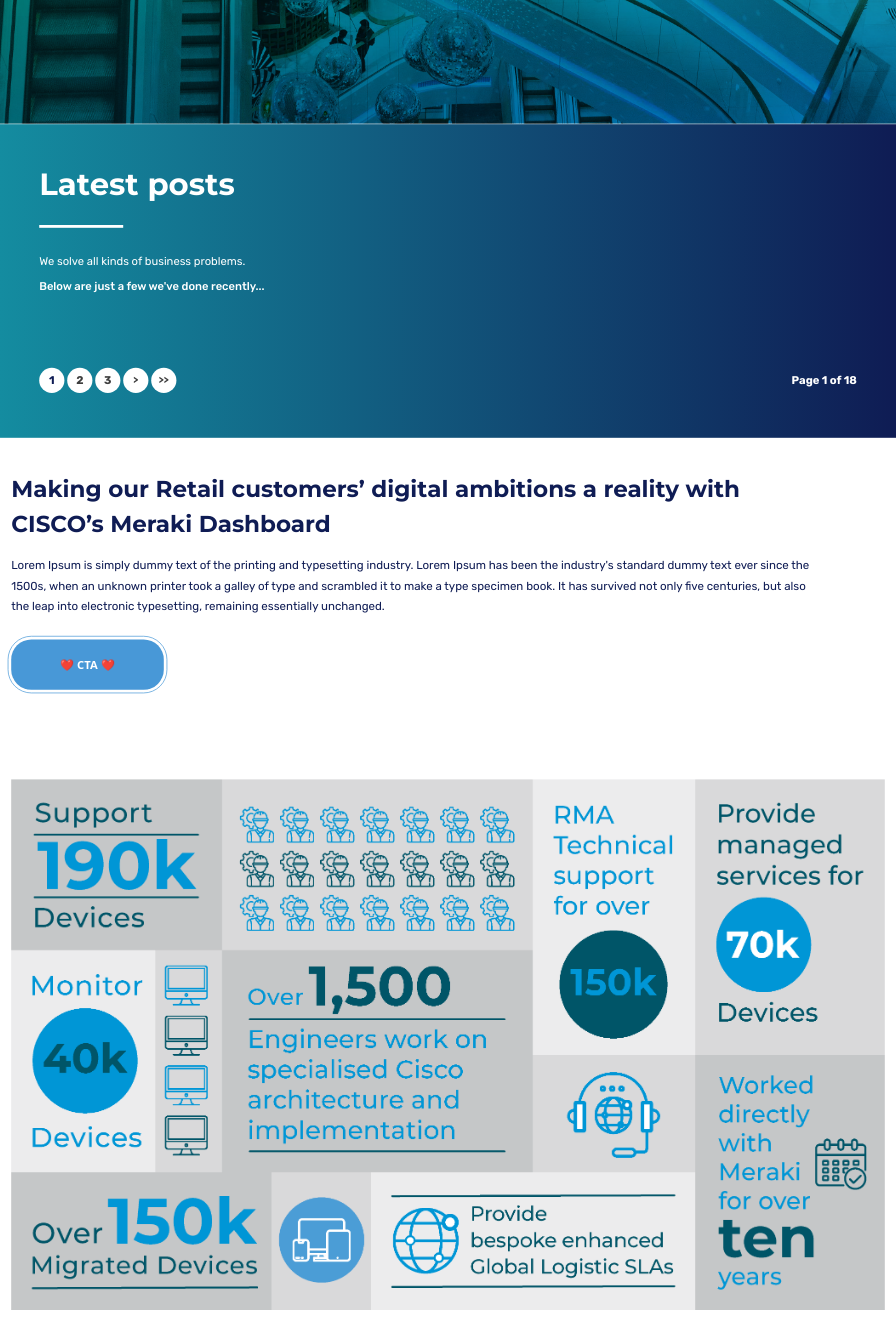
Repository: spaceship9999/ReactIsBack
Page: /
The author's editor kept a copy of each file at every save. The page is drawn from the files as they stood at one save, then again after the next save.
The browser window is 1280 px wide. The pictures show the part of the page from y = 668 to 2588 px (the page is 2588 px tall), at 70% of full size.
The page's requests for data from a server got no answer. The project was rebuilt for these pictures with package versions that can differ from the ones it lists, and the page was loaded fresh each time. The framework's server and built-in components were replaced by stand-ins that run in the browser. No one was signed in, and anything a server would have sent is missing. Also part of the build but not shown: next.config.js.

Above is the page before, as saved 2023-03-26 22:27:35.

### src/app/layout.tsx
import './globals.scss'

export const metadata = {
  title: 'Create Next App',
  description: 'Generated by create next app',
}

export default function RootLayout({
  children,
}: {
  children: React.ReactNode
}) {
  return (
    <html lang="en">
      <body>{children}</body>
    </html>
  )
}

### src/app/page.tsx
'use client'

import Link from "next/link";
import Header from "./Header";
import Award from "./Award";
import Banner from "./Banner";
import Posts from "./Posts";
import SingleColumnTextMedia from "./SingleColumnTextMedia";

export default function Home() {
  return (
    <main>
      <Header></Header>
      <Award/>
      <Banner
        heading="NSC operates in 180 countries across multiple time zones, currencies and languages"
        image="/img/Cisco_Banner.png" content="orem Ipsum is simply dummy text of the printing and typesetting industry. Lorem Ipsum has been the industry's standard dummy text ever since the 1500s, when an unknown printer took a galley of type and scrambled it to make a type specimen book. It has survived not only five centuries, but also the leap into electronic typesetting, remaining essentially unchanged." position={""}/>
      <Posts/>
      <SingleColumnTextMedia heading="Making our Retail customers&#8217; digital ambitions a reality with
        CISCO&#8217;s Meraki Dashboard"
        link={{ link: '/', title: '&#10084; CTA &#10084;'}}
        image="/img/NSC_Cisco_Infographic.png"
        content="Lorem Ipsum is simply dummy text of the printing and typesetting industry. Lorem Ipsum has been the industry's standard dummy text ever since the 1500s, when an unknown printer took a galley of type and scrambled it to make a type specimen book. It has survived not only five centuries, but also the leap into electronic typesetting, remaining essentially unchanged.">
      </SingleColumnTextMedia>
    </main>
  )
}

### src/app/globals.scss
@tailwind base;
@tailwind components;
@tailwind utilities;

@import "./scss/fonts";
@import "./scss/global";
@import "./scss/typography";

### src/app/Header.tsx
import Link from "next/link";

export default function Header() {
    return (
        <div className="container py-5">
            <div className="flex justify-between items-center">
                <Link href="/" >
                    <Logo className="w-[85px] h-[50px]" />
                </Link>
                <nav className="flex gap-7 font-montserrat font-medium text-grey">
                    <Link href="/who-we-are" >
                        Who we are
                    </Link>
                    <Link href="/what-we-do" >
                        What we do
                    </Link>
                    <Link href="/what-we-do" >
                        Service portfolio
                    </Link>
                    <Link href="/what-we-do" >
                        Case studies
                    </Link>
                    <Link href="/what-we-do" >
                        Partners
                    </Link>
                    <Link href="/what-we-do" >
                        Work with us
                    </Link>
                    <Link href="/what-we-do" >
                        Careers
                    </Link>
                    <Link href="/what-we-do" >
                        Contact
                    </Link>
                    <button className="flex items-center gap-x-1">
                        <img src="/img/gb-flag.png" className="w-full"/>
                        English
                    </button>
                    <button>
                        <Search/>
                    </button>
                </nav>
            </div>
        </div>
    )
}


const Logo = (props : { className: string}) => {
    const { className } = props;
    return (
        <svg className={className} xmlns="http://www.w3.org/2000/svg" viewBox="0 0 283.4 156" preserveAspectRatio="xMinYMid meet">
            <path id="nsc_global_logo" d="M67,107.8a10.074,10.074,0,0,1-10,9.9c-5.9.2-11.2-4.5-11.2-9.9V71.6c0-7.4-4.1-11.5-12.4-11.5-6.3,0-12.2.6-12.2,4.2v43.5c0,5.4-4.4,9.9-10.9,9.9-4.9,0-10.3-4.4-10.3-9.9V54.2c0-3.6,1-5.3,3.5-7C8,44,18.6,39.3,34,39.3c21.6,0,33,11.2,33,31.2Zm48.8-37.6L106,68c-6.4-1.4-7.3-3.2-7.3-5,0-3,3.1-4.7,8.6-4.7a31.5,31.5,0,0,1,10.9,2.5,19.538,19.538,0,0,0,7.6,2,8.7,8.7,0,0,0,6.7-3.1,10.468,10.468,0,0,0,2.5-7.6,9.067,9.067,0,0,0-3.5-6.6c-4.9-4-13.9-6.5-23.5-6.5-18,0-29.7,9.6-29.7,24.4,0,11.1,7.4,18.9,21.3,22.5,3.8,1,4.8,1.2,6.8,1.6.9.2,1.9.4,3.5.8,6.2,1.5,7.1,3.5,7.1,5.3,0,4.6-6.5,5.1-9.3,5.1a31.582,31.582,0,0,1-15.9-4.4,12.9,12.9,0,0,0-6.2-2A9.431,9.431,0,0,0,78,96.2c-3,3.9-2.1,10,1.9,13.3,4.6,3.8,13,8.3,27.4,8.3,18.2,0,30.4-10.2,30.4-25.4-.1-11.4-7.2-18.7-21.9-22.2Zm95.9,19.2c-2.2-2.9-6.3-4.2-10-4-4.7.2-7.3,1.7-9,4.9-2.7,4.7-6.5,7.3-12.2,7.3-7.8,0-12.9-4.9-13.7-12.9a95.4,95.4,0,0,1,0-13.1c.8-7.7,5.8-12.1,13.7-12.1a13.278,13.278,0,0,1,11.2,6.1c2.7,3.9,5.7,5.1,8.8,5.2,3.7.2,8-.7,10.6-3.9,1.4-1.7,1.7-4.3,1-7C209.8,51,199,39.2,179.9,39.2c-19,0-33.1,12.1-34.2,29.5a152.151,152.151,0,0,0,0,19.1c1.5,17.5,15.9,30.3,34.2,30.3,19.1,0,29.9-10.6,33-21.3.8-3.3.1-5.7-1.2-7.4Zm60,12.3c0-14.8,11.7-17.8,11.7-23.7s-11.7-8.9-11.7-23.7V15.9A15.939,15.939,0,0,0,255.8,0H231c-6.1,0-11,4-11,10,0,6.3,5.1,10.3,11.1,10.3h14.6a4.739,4.739,0,0,1,4.8,4.8V54.3c0,18.9,9.7,20.5,9.7,23.7s-9.7,4.9-9.7,23.7v29.2a4.739,4.739,0,0,1-4.8,4.8H231.1c-6,0-11.1,3.9-11.1,10.3,0,6,4.9,10,11.1,10h24.8a15.938,15.938,0,0,0,15.9-15.9V101.7Z" fill="#0f1c54"></path>
        </svg>
    )
}

const Search = () => {
    return (
        <svg xmlns="http://www.w3.org/2000/svg" className="w-3 h-3" fill="currentColor" viewBox="0 0 16 16">
            <path d="M11.742 10.344a6.5 6.5 0 1 0-1.397 1.398h-.001c.03.04.062.078.098.115l3.85 3.85a1 1 0 0 0 1.415-1.414l-3.85-3.85a1.007 1.007 0 0 0-.115-.1zM12 6.5a5.5 5.5 0 1 1-11 0 5.5 5.5 0 0 1 11 0z" />
        </svg>
    )
}

### src/app/Award.tsx
export default function Award() {
    return (
        <div className="bg-light-grey py-5">
            <div className="container">
                <img className="w-[125px] shadow-md" src="/img/cisco-partner-o.png"/>
            </div>
        </div>
    )
}

### src/app/Banner.tsx

interface BannerProps {
    heading: string;
    content: string;
    image: string;
    position: string;
}



export default function Banner({heading, content, image, position = "center"}: BannerProps) {
    return (
        <div className="py-20 md:py-24 lg:py-[185px] relative overflow-hidden">
            <img src={image}
             className={`absolute inset-0 w-full h-full object-cover ${position === 'center' ? 'object-center': 'object-start'}`}/>
             <div className="container">
                <div className="flex flex-col items-center relative z-10 text-white md:max-w-[910px] text-center md:text-left">
                    <h2 className="text-white font-montserrat t-36 font-bold mb-6">{heading}</h2>
                    <div className="font-rubik t-24 lg:pr-20">
                        { content }
                    </div>
                </div>
             </div>
        </div>
    )
}

### src/app/Posts.tsx
import usePosts from "./hooks/usePosts";

export default function Posts() {
    const posts = usePosts();
    return (
        <div className="bg-gradient-to-r from-[#148ca0] to-[#0f1c54] py-16">
            <div className="container">
                <div className="lg:px-10">
                    <h2 className="text-white t-48 font-montserrat font-bold pb-4 lg:pb-10 relative leading-none
                                after:absolute after:left-0 after:bottom-0 after:h-[4px] after:w-[120px] after:bg-white">
                        Latest posts
                    </h2>
                    <div className="mt-9 mb-12 font-rubik text-white">
                        <div className="mb-3">
                            We solve all kinds of business problems.
                        </div>
                        <div className="font-medium">
                            Below are just a few we&apos;ve done recently...
                        </div>
                    </div>
                    <div className="grid grid-cols-1 md:grid-cols-2 lg:grid-cols-3 gap-x-9 gap-y-8 xl:gap-x-[72px] xl:gap-y-[60px] ">
                        {
                            posts?.map((post) =>
                            (
                                <div key={post?.id} className="flex flex-col justify-between p-8 bg-white font-rubik">
                                    <div>
                                        <h3 className="t-18 text-dark-blue font-medium pb-4 relative leading-[1.33]
                                        after:absolute after:bottom-0 after:left-0 after:w-[80px] after:h-[2px] after:bg-light-green">{post?.title}</h3>
                                        <div className="pt-4 t-14 leading-[1.2] text-dark-blue mb-6">
                                            {post?.body}
                                        </div>
                                    </div>
                                    <div>
                                        <a className="inline-block bg-light-green text-white t-14 rounded-full px-5 py-[10px] font-semibold tracking-tight" href={`/post/${post?.id}`}>
                                            Read more <span className="font-normal ml-1">&gt;</span>
                                        </a>
                                    </div>
                                </div>
                            )
                            )
                        }
                    </div>
                    <div className="pt-14 flex flex-col lg:flex-row gap-y-4 font-rubik items-center justify-between">
                        <div className="flex gap-1">
                            <button className="rounded-full flex justify-center items-center bg-white text-dark-blue w-9 h-9 font-bold">1</button>
                            <button className="rounded-full flex justify-center items-center bg-white text-grey w-9 h-9 font-bold">2</button>
                            <button className="rounded-full flex justify-center items-center bg-white text-grey w-9 h-9 font-bold">3</button>
                            <button className="rounded-full flex justify-center items-center bg-white text-grey w-9 h-9 font-bold text-sm">&gt;</button>
                            <button className="rounded-full flex justify-center items-center bg-white text-grey w-9 h-9 font-bold text-sm">&gt;&gt;</button>
                        </div>
                        <div className="font-bold text-white">
                            Page 1 of 18
                        </div>
                    </div>

                </div>

            </div>
        </div>
    )
}

### src/app/SingleColumnTextMedia.tsx
interface button {
    link: string,
    title: string
}

interface TextMedia {
    heading: string,
    content: string,
    link: button,
    image: string
}

import { motion } from "framer-motion"

export default function SingleColumnTextMedia({ heading, content, link, image }: TextMedia) {
    return (
        <div className="container">
            <div className="py-12">
                <div className="xl:pr-24 text-dark-blue">
                    <h3 className=" font-montserrat t-36 font-bold mb-5">{heading}</h3>
                    <div className="font-rubik t-20 leading-[1.8] mb-8">{ content }</div>
                    {
                        link && (
                            <motion.a
                                whileHover={{ scale: 1.2, transition: { duration: 1, ease: [0, .6, .18, .98]}}}
                            className="inline-block py-6 px-[70px] text-white bg-light-blue font-bold rounded-[1.8rem]
                            outline outline-1 outline-offset-4 outline-light-blue" href={link?.link}
                            dangerouslySetInnerHTML={{__html: link.title}}/>
                        )
                    }
                </div>
                {
                    image && (
                        <div className="mt-32">
                            <img src={image} className="w-full" />
                        </div>
                    )
                }
            </div>
        </div>

    )
}

### src/app/scss/_fonts.scss
@font-face {
    font-family: 'Rubik';
    font-display: swap;
    font-style: italic;
    src: url(/fonts/Rubik-Italic-VariableFont_wght.ttf) format('truetype'),
}

@font-face {
    font-family: 'Rubik';
    font-display: swap;
    font-style: normal;
    src: url(/fonts/Rubik-VariableFont_wght.ttf) format('truetype'),
}

@font-face {
    font-family: 'Montserrat';
    font-display: swap;
    font-style: normal;
    src: url(/fonts/Montserrat-VariableFont_wght.ttf) format('truetype'),
}

@font-face {
    font-family: 'Montserrat';
    font-display: swap;
    font-style: italic;
    src: url(/fonts/Montserrat-Italic-VariableFont_wght.ttf) format('truetype'),
}

### src/app/scss/_global.scss
.container {
    width: 100%;
    max-width: 1408px;
    padding-left: 1rem;
    padding-right: 1rem;
}

### src/app/scss/_typography.scss
.t-48 {
    font-size: clamp(24px, 3.429vw, 48px);
}
.t-36 {
    font-size: clamp(24px, 2.571vw, 36px);
}

.t-24 {
    font-size: clamp(16px, 1.286vw, 24px);
}
.t-20 {
    font-size: clamp(16px, 1.286vw, 20px);
}
.t-18 {
    font-size: clamp(16px, 1.286vw, 18px);
}

.t-14 {
    font-size: clamp(14px, 1.286vw, 14px);
}

### src/app/hooks/usePosts.tsx
import { useEffect, useState } from "react";

interface Post {
    userId: number,
    id: number,
    title: string,
    body: string,
}


export default function usePosts(currentPage = 0, numPosts = 6) {
    const [ posts, setPosts ] = useState<Post[]>([]);
    useEffect(() => {
        async function fetchData() {
            const rsult = await fetch("https://jsonplaceholder.typicode.com/posts/")
            const posts = await rsult.json()
            setPosts(posts)
        }
        fetchData();
    }, [])

    //console.log(posts.slice(currentPage * numPosts, numPosts))
    return posts.slice(currentPage * numPosts, numPosts);
}

### tailwind.config.js
/** @type {import('tailwindcss').Config} */
/** @type {import('tailwindcss').Config} */
module.exports = {
  content: [
    "./app/**/*.{js,ts,jsx,tsx}",
    "./pages/**/*.{js,ts,jsx,tsx}",
    "./components/**/*.{js,ts,jsx,tsx}",

    // Or if using `src` directory:
    "./src/**/*.{js,ts,jsx,tsx}",
  ],
  theme: {
    extend: {
      fontFamily: {
        "montserrat": ["Montserrat", 'sans-serif'],
        "rubik": ["Rubik", 'sans-serif'],
      },
      container: {
        center: true,
      },
      colors: {
        "grey": "#3d3d3d",
        "light-grey": "#ECECEE",
        "dark-blue": "#0f1c54",
        "light-green": "#148ba0",
        "light-blue": "#4898d7",
      }
    },
  },
  plugins: [],
}

After the next save:
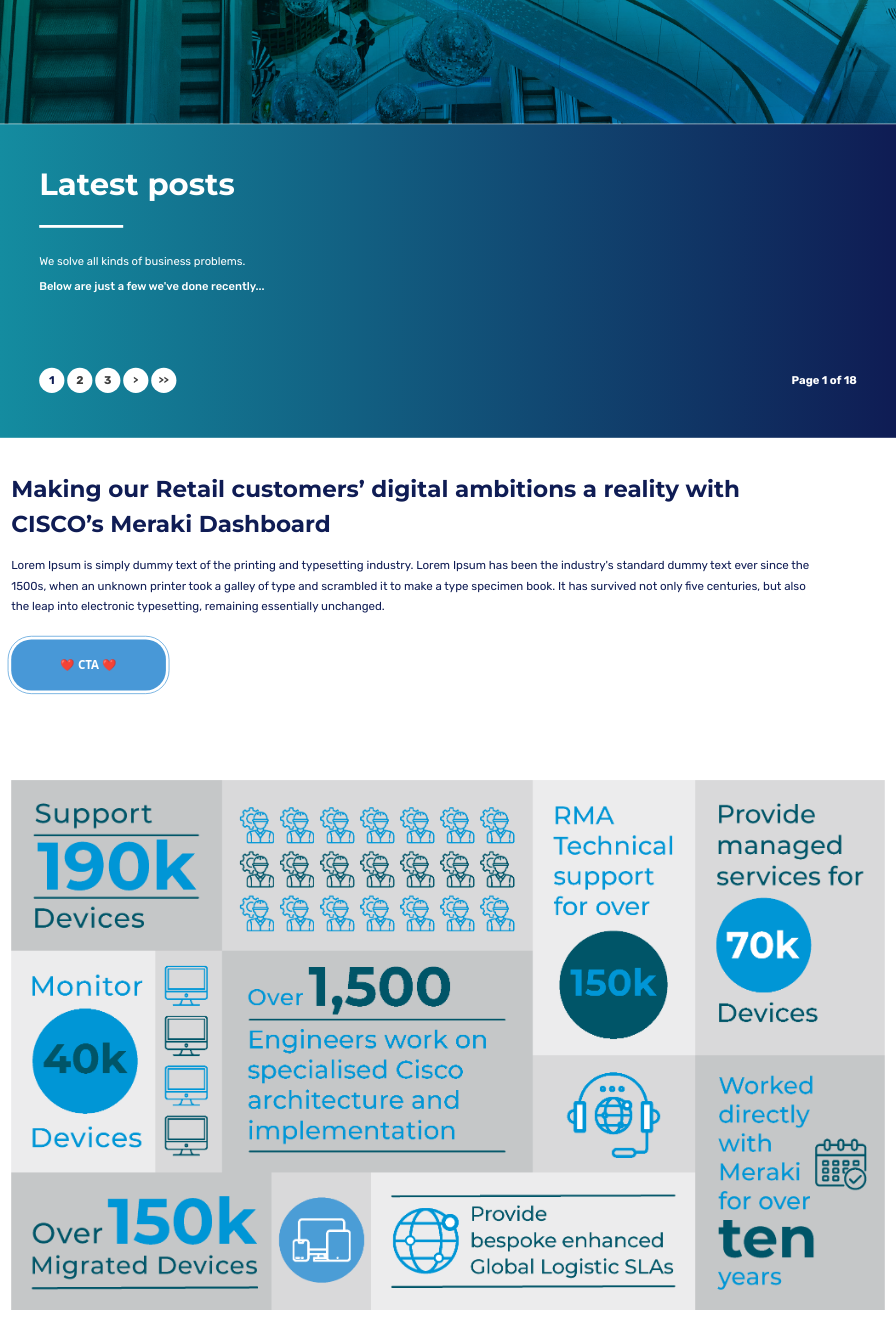
Saved 13 min 29 s later.
--- a/src/app/SingleColumnTextMedia.tsx
+++ b/src/app/SingleColumnTextMedia.tsx
@@ -23,7 +23,7 @@
                         link && (
                             <motion.a
                                 whileHover={{ scale: 1.2, transition: { duration: 1, ease: [0, .6, .18, .98]}}}
-                            className="inline-block py-6 px-[70px] text-white bg-light-blue font-bold rounded-[1.8rem]
+                            className="inline-block py-6 px-[70px] t-20 text-white bg-light-blue font-bold rounded-[1.8rem]
                             outline outline-1 outline-offset-4 outline-light-blue" href={link?.link}
                             dangerouslySetInnerHTML={{__html: link.title}}/>
                         )
